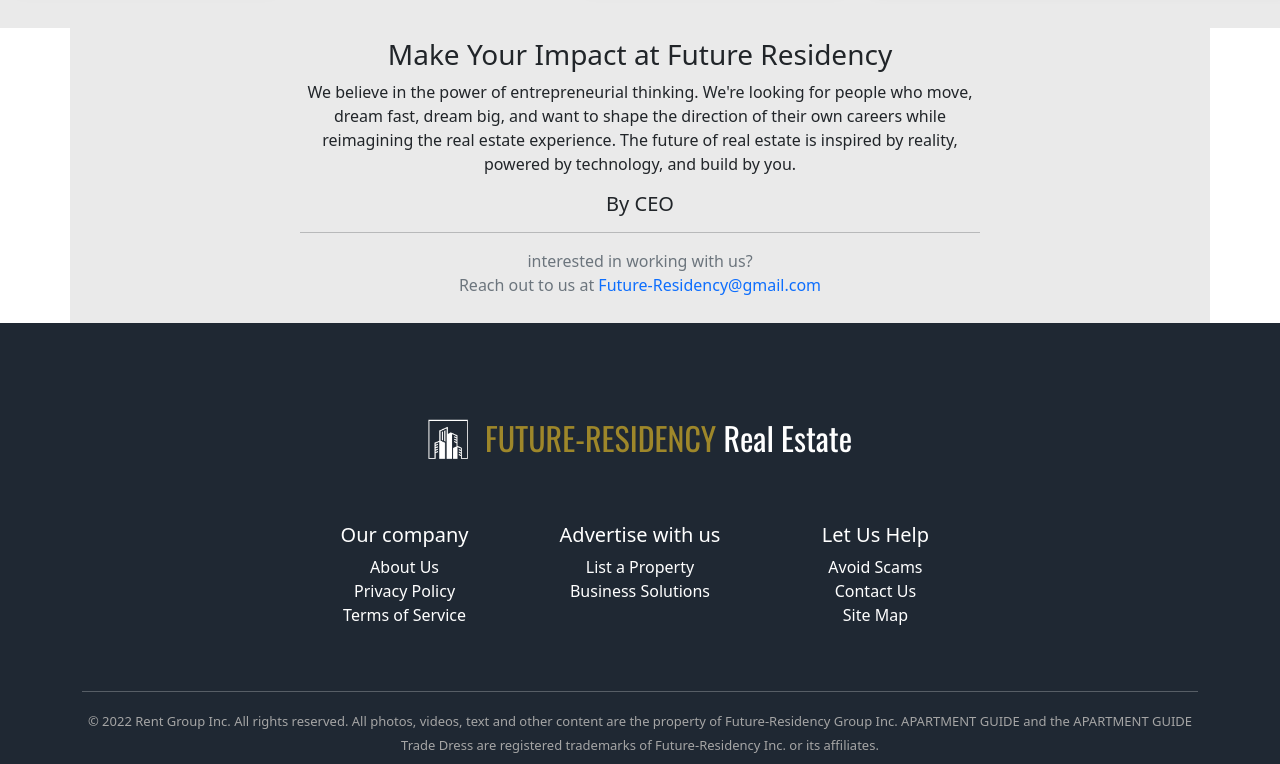
Repository: pyaestk/Future-residency
Page: aboutUs.html
An editor plug-in stored every save of this project. The page is shown before and after the next save, followed by the edit.
The browser window is 1280 px wide. The pictures show the part of the page from y = 804 to 1568 px (the page is 1568 px tall before and 1544 px after).
A picture or video elsewhere on the page could not be fetched, so the positions and the page height are approximate. Some web fonts or font styles are not loaded; a fallback is used.

Above is the page before, as saved 2022-12-13 20:01:58.

### aboutUs.html
<!doctype html>
<html lang="en">
  <head>
    <meta charset="utf-8">
    <meta name="viewport" content="width=device-width, initial-scale=1, minimum-scale=1, maximum-scale=1 ">
    <title>FUTURE-RESIDENCY</title>
    <!--bootstrap-->
    <link href="https://cdn.jsdelivr.net/npm/bootstrap@5.2.3/dist/css/bootstrap.min.css" rel="stylesheet" integrity="sha384-rbsA2VBKQhggwzxH7pPCaAqO46MgnOM80zW1RWuH61DGLwZJEdK2Kadq2F9CUG65" crossorigin="anonymous">

    <!--custom css-->
    <link rel="stylesheet" href="style.css" type="text/css">
    <link rel="stylesheet" href="styleMobileview.css" type="text/css">
    <link rel="stylesheet" href="styleTabletview.css" type="text/css">

    <!--font awesome-->
    <link rel="stylesheet" href="https://cdnjs.cloudflare.com/ajax/libs/font-awesome/6.2.1/css/all.min.css" integrity="sha512-MV7K8+y+gLIBoVD59lQIYicR65iaqukzvf/nwasF0nqhPay5w/9lJmVM2hMDcnK1OnMGCdVK+iQrJ7lzPJQd1w==" crossorigin="anonymous" referrerpolicy="no-referrer" />

    <!--swiper js-->
    <link rel="stylesheet" href="https://cdn.jsdelivr.net/npm/swiper@8/swiper-bundle.min.css"/>

  </head>
<body>

  <!-- background -->
  <div class="background"></div>
  <!--navigation-->
  <nav class="shadow">
    <div class="logo-area">
      <img src="img/FUTURE_ReSIDENCY-removebg-preview.png" alt="logo" class="logo">
      <span>FUTURE-RESIDENCY</span>
    </div>


    <!--desktop-->
    <div class="navlinks" id="nav-right">
      <div class="icon closeMenubar shadow" onclick="hideMenu()">
        <i class="fa-solid fa-xmark"></i>
      </div>
      <ul>
        <li><a href="index.html">HOME</a></li>
        <li><a href="properties.html">PROPERTIES</a></li>
        <li><a href="#">ABOUT US</a></li>
        <li><a href="contactUs.html">CONTACT US</a></li>
        <a href="singIn.html" class="navibutton">JOIN</a></li>
      </ul>
    </div>
    <div class="icon openMenubar">
      <i class="fa-solid fa-bars" onclick="showMenu()"></i>
    </div>
  </nav>

  <!--our history-->
  <div class="group1 container-fluid">

    <div class="row ourhistory">

      <div class="col-md-4 ">
        <div class="row label2 shadow py-5">
          <div class="col-md-12 text-center">
            <img src="img/FUTURE_ReSIDENCY-removebg-preview-modified.png" alt="" width="100px">
            <h3 class="pt-3">Our History</h3>

          </div>
        </div>
      </div>

      <div class="col-md-8 d-flex align-items-center">
        <div class="row history bg-white shadow py-5 ms-3">
          <div class="col-md-12 py-4 px-5">
            <span class="text-dark">Future-Residency is a Burmese tech real-estate marketplace company that was founded in 2022,
                and was created by Mr. Pyae Sone Thant Kyaw, founder of burma-housing company Future-Residency has stated
                that it is a media company that generates revenue by selling advertising on its website. In April 2022,
                Future-Residency announced a partnership to lend its real-estate search engine to the websites of more than 180
                burma newspapers as a part of the Future-Residency Newspaper Consortium. Future-Residency shares advertising revenue
                from the co-branded sites with the newspapers and extends its reach into local markets.
            </span>
          </div>
        </div>
      </div>

    </div>
  </div>
    <!--our history end-->

  <!--mission and core value-->
  <div class="container-fluid group2 aboutUs pb-5">
      <div class="row">

        <div class="col-md-8">
          <div class="row text-center ps-3 aboutUscard-container">
            <div class="col-md-4">
                <div class="card cards aboutUscard shadow">
                    <img src="img/target.png" alt=" " class="aboutUsImg">
                    <div class="card-body">
                        <div class="cards-morph pb-2">
                            <h2>Mission</h2>
                            <div class="about-caption">To glorify God by putting our clients' interests above our own.
                            </div>
                        </div>
                    </div>
                </div>
            </div>
            <div class="col-md-4">
                <div class="card cards aboutUscard shadow">
                    <img src="img/visionary.png" class="card-img-top aboutUsImg" alt="..." >
                    <div class="card-body">
                        <div class="cards-morph pb-2">
                            <h2>Vision</h2>
                            <div class="about-caption">To change the lives of the communities we serve through abundant giving.</div>
                        </div>
                    </div>
                </div>
            </div>
            <div class="col-md-4">
                <div class="card cards aboutUscard shadow">
                    <img src="img/value.png" class="card-img-top aboutUsImg" alt="...">
                    <div class="card-body">
                        <div class="cards-morph pb-2">
                            <h2>Values</h2>
                            <div class="about-caption">
                                Innovate and lead <br>
                                Embrace accountability <br>
                                Focus on solutions
                            </div>
                        </div>
                    </div>
                </div>
            </div>

          </div>
        </div>

        <div class="col-md-4">
          <div class="row label shadow py-5 ms-1">
            <div class="col-md-12 text-center">
              <h3 class="px-3">Our mission & Core Values</h3>
            </div>
          </div>
        </div>

      </div>
  </div>
  <!--mission and core value end-->

  <!--conclusion-->
  <div class="container group2">
    <div class="row justify-content-md-center conclusion">
      <div class="col-md-8 text-center px-5" id="reveal3">
        <h3>Make Your Impact at Future Residency</h3>
        <p>We believe in the power of entrepreneurial thinking. We're looking for people who move, dream fast, dream big,
          and want to shape the direction of their own careers while reimagining the real estate experience. The future of
          real estate is inspired by reality, powered by technology, and build by you.
        </p>
        <h5>By CEO</h5>
        <hr>
        <p class="text-muted">interested in working with us? <br> Reach out to us at <a href="" class="text-decoration-none">Future-Residency@gmail.com</a></p>
      </div>
    </div>
  </div>


  <!--footer-->
  <div class="footer pt-5">
    <div class="container text-center text-white">
      <div class="row">
        <div class="col-md-12 my-5" id="reveal3">
          <h2><img src="img/FUTURE_ReSIDENCY-removebg-preview-modified.png" alt="logo" class="logo pb-2"><span>
              FUTURE-RESIDENCY </span> Real Estate</h2>
        </div>
      </div>
      <div class="row pb-5 gap-5 justify-content-md-center">
        <div class="col col-md-2" id="reveal3">
          <h5>Our company</h5>
          <div>About Us</div>
          <div>Privacy Policy</div>
          <div>Terms of Service</div>
        </div>
        <div class="col-md-auto" id="reveal3">
          <h5>Advertise with us</h5>
          <div>List a Property</div>
          <div>Business Solutions</div>
        </div>
        <div class="col col-md-2" id="reveal3">
          <h5>Let Us Help</h5>
          <div>Avoid Scams</div>
          <div>Contact Us</div>
          <div>Site Map</div>
        </div>
      </div>
      <hr>
      <div class="row text-center pb-2">
        <div class="col-md-12">
          <span class="copyright" id="reveal3">© 2022 Rent Group Inc. All rights reserved. All photos, videos, text and other content
            are the property of Future-Residency Group Inc. APARTMENT GUIDE and the APARTMENT GUIDE Trade Dress
            are registered trademarks of Future-Residency Inc. or its affiliates.</span>
        </div>
      </div>
    </div>
  </div>


  <!--swiper js-->
  <script src="https://cdn.jsdelivr.net/npm/swiper@8/swiper-bundle.min.js"></script>

  <!--javascript-->
  <script src="app.js"></script>

  <!--bootstrap-->
  <script src="https://cdn.jsdelivr.net/npm/bootstrap@5.2.3/dist/js/bootstrap.bundle.min.js" integrity="sha384-kenU1KFdBIe4zVF0s0G1M5b4hcpxyD9F7jL+jjXkk+Q2h455rYXK/7HAuoJl+0I4" crossorigin="anonymous"></script>
</body>
</html>

### styleMobileview.css

/* mobile view */

@media only screen and (max-width: 767px) {

  /* navigation */
  .icon{
    display: block;
    cursor: pointer;
  }
  nav{
    z-index: 1000;
  }
  .navlinks{
    position: absolute;
    background-color: rgb(216, 216, 216);
    height: 100vh;
    width: 100vw;
    top: 0;
    right: -100vw;
    text-align: left;
    z-index: 10;
    transition: .7s;
    overflow-y: hidden;
    padding-bottom: 50px;
  }
  .navlinks ul li a{
    color: black;
  }
  .navlinks ul li{
    display: block;
    margin: 50px 0;
    border-radius: 20px;
  }
  .navlinks ul{
    padding-left: 0;
    text-align: center;
  }
  .navibutton{
    margin-left: 0;
    color: black;
    border: 2px solid black;
  }
  .navlinks .closeMenubar{
    background-color: white;
    display: block;
    padding: 15px 20px;
    text-align: end;
    position: sticky;
    top: 0;
  }
  /* navigation end */

  /* jumbotron */
  .jumbotron p{
    font-size: 55px;
    text-align: start;
  }
  .subtext h4{
    font-size: 20px;
    text-align: start!important;
  }
  .subtext{
    font-size: 17px;
    text-align: start!important;
  }
  .indexBackground{
    background: linear-gradient(90deg, #EAEAEA 65%, #EAEAEA -30%);
  }
  .searchSection{
    margin: 10px 13px;
  }
  .customCarousel{
    margin-left: 10px;
  }
  .carousel-control-next{
    padding-right: 30px;
  }
  /* jumbotron end */

  /* first group */
  .group1{
    padding-top: 10px;
    padding-bottom: 10px;
  }
  .label2{
    margin-left: 10px;
    border-radius: 10px;
    margin: 0 10px;
    padding: 40px 15px 40px 15px;
  }
  .label2 h3{
    font-size: 20px;
  }
  .sublabel{
    font-size: 13px;
    padding-top: 10px;
  }
  .salecard li{
    padding-left: 20px;
  }
  .featuredcard{
    padding: 0 10px;
  }
  /* second group */
  .group2 .col-md-8{
    order: 2;
  }
  .label{
    margin: 10px!important;
    padding: 30px 0;
    border-radius: 5px 20px 20px 5px;
  }
  .label h3{
    font-size: 20px;
    padding: 20px 10px;
  }


  .salecard h6{
    font-size: 12px;
    padding-bottom: 0;
  }
  .salecard li{
    font-size: 10px;
    list-style-type: circle;
  }
  .layer h5{
    font-size: 12px;
  }

  .layer2{
    font-size: 10px;
    padding: 3px 3px;
  }
  .pic2-container .col-md-5{
    order: 2;
  }
  .pic1-caption, .pic2-caption{
    margin-top: 10px;
  }
  .vid-caption{
    margin-top: 5px;
  }

  /* properties */
  .searchSection{
    font-size: 13px;
  }
  .searchSection input::placeholder{
    font-size: 13px;
  }

  /* aboutUs */
  .ourhistory .label2{
    color: white;
    background-color: #1F2833;
    margin-left: 10px;
    border-radius: 5px;
    margin: 10px 10px;
    padding: 10px;
  }
  .ourhistory .history{
    border-radius: 20px 5px 5px 20px;
    margin: 30px 10px 19px 10px!important;
  }
  .history{
    text-align: justify;
  }
  .locationsession{
    text-align: center;
    margin: 10px;
  }
  .aboutUscard-container{
    padding-left: 0px!important;
    margin: 0!important;
  }
  .aboutUscard{
    width: 100%;
    margin-top: 30px;
    padding: 30px 10px 10px 30!important;
  }
  .aboutUs .label{
    border-radius: 5px;
  }

  /* contact us */
  .contactsession .cards{
    width: 320px;
  }
  .contactsession .card-body{
    padding: 25px 5px;
  }
  .contactsession h3{
    font-size: 15px;
  }
  .card-text{
    font-size: 14px;
  }
  .contactCard{
    height: 300px;
  }
  .contactCard h4{
    font-size: 18px;
  }
  .contactCard h6{
    font-size: 14px;
  }
  .contactCard p{
    font-size: 12px;
  }

  /* sign in page */
  .login-form{
    min-height: 60vh;
  }
  .login-video{
    margin-top: 25px;
  }
  .loginlayer{
    width: 270px;
  }
  .loginlayer h3{
    font-size: 20px;
  }
  .loginlayer h6{
    font-size: 13px;
  }

  /* saleitem page */
  .itemDetail{
    margin-top: 25px;
    margin-bottom: 30px;
  }

  /* footer */
  .footer h2{
    font-size: 19px;
  }
  .footer h5{
    font-size: 17px;
  }
  .footer{
    font-size: 12px;
  }
  .footer .copyright{
    font-size: 12px;
  }

}

### styleTabletview.css

/* mobile view */

@media only screen and (min-width: 768px) and (max-width: 1100px) {
   /* navigation */
  .logo-area span{
    display: none;
  }

  /* jumbotron */
  .jumbotron p{
    font-size: 30px;
    line-height: 35px;
  }
  .subtext h4, .subtext{
    font-size: 13px;
  }
  .indexBackground{
    background: linear-gradient(90deg, #EAEAEA 65%, #EAEAEA -30%);
  }
  .searchSection{
    margin: 10px 10px 10px 30px;
    padding: 10px 20px;
  }
  .carouselborder{
    height: 400px;
  }
  .carouselborder img{
    /* max-height: 129vh; */
    height: 400px;
  }
  .carousel-control-next{
    padding-right: 30px;
  }
  .formsession span{
    font-size: 13px;
  }
  /* jumbotron end */

  /* first group */
  .group1{
    padding-top: 10px;
    padding-bottom: 10px;
  }
  .label2{
    border-radius: 10px;
    padding: 40px 15px 40px 15px;
  }
  .label2 h3{
    font-size: 20px;
  }
  .sublabel{
    font-size: 13px;
    padding-top: 10px;
  }
  .salecard li{
    padding-left: 20px;
  }
  .featuredcard{
    padding: 0 10px;
  }
  /* second group */
  .label{
    color: #1F2833;
    background-color: white;
    margin: 0 10px;
    border-radius: 10px;
  }
  .label h3{
    font-size: 20px;
    padding: 20px 10px;
  }

  .housecard .salecard{
    width: 230px;
    padding: 0;
  }

  .salecard h6{
    font-size: 12px;
    padding-bottom: 0;
  }
  .salecard li{
    font-size: 10px;
    padding-left: 20px;
    list-style-type: circle;
  }
  .layer h5{
    font-size: 12px;
  }

  .layer2{
    font-size: 10px;
    padding: 3px 3px;
  }

  /* properties */
  .searchSection{
    font-size: 13px;
  }
  .searchSection input::placeholder{
    font-size: 13px;
  }

  /* aboutUs */
  .ourhistory .label2{
    color: white;
    background-color: #1F2833;
    padding: 10px;
    margin-right: 0!important;
  }
  .ourhistory .history{
    border-radius: 20px 5px 5px 20px;
    margin-left: 0!important;
  }
  .history{
    text-align: justify;
    font-size: 10px;
  }
  .locationsession{
    text-align: center;
    margin: 10px;
  }
  .about-caption{
    font-size: 13px;
  }
  .conclusion h3{
    font-size: 20px;
  }
  .conclusion p{
    font-size: 13px;
    text-align: justify;
  }

  /* contact us */
  .contactsession h3{
    font-size: 16px;
  }
  .card-text{
    font-size: 14px;
  }
  .contactCard{
    height: 300px;
  }
  .contactCard h4{
    font-size: 18px;
  }
  .contactCard h6{
    font-size: 14px;
  }
  .contactCard p{
    font-size: 12px;
  }
  .locationsession h4{
    font-size: 15px;
  }
  .question span{
    font-size: 13px;
  }

  /* sign in page */
  .login-form{
    margin-top: 25px;
    min-height: 60vh;
  }
  .login-video{
    margin-top: 25px;
  }
  .loginlayer{
    width: 270px;
  }
  .loginlayer h3{
    font-size: 20px;
  }
  .loginlayer h6{
    font-size: 13px;
  }

  /* saleitem page */
  .itemDetail{
    margin-top: 25px;
    margin-bottom: 30px;
  }
  .itemimage{
    position: relative;
    top: 25px;
  }
  }

Loaded but not shown: app.js (123 lines, source omitted); style.css (722 lines, source omitted)

After the next save:
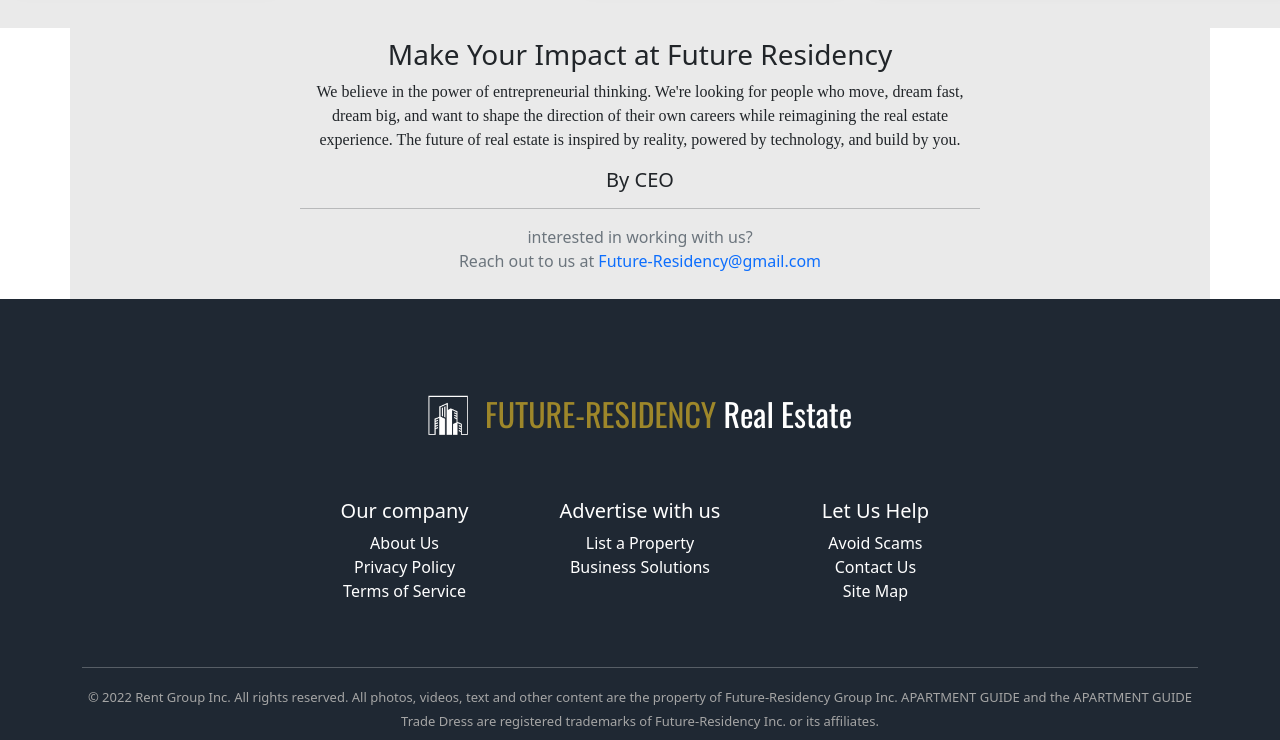
Saved 35 s later.
--- a/aboutUs.html
+++ b/aboutUs.html
@@ -147,7 +147,7 @@
     <div class="row justify-content-md-center conclusion">
       <div class="col-md-8 text-center px-5" id="reveal3">
         <h3>Make Your Impact at Future Residency</h3>
-        <p>We believe in the power of entrepreneurial thinking. We're looking for people who move, dream fast, dream big,
+        <p style="  font-family: 'Cormorant Infant', serif;">We believe in the power of entrepreneurial thinking. We're looking for people who move, dream fast, dream big,
           and want to shape the direction of their own careers while reimagining the real estate experience. The future of
           real estate is inspired by reality, powered by technology, and build by you.
         </p>
